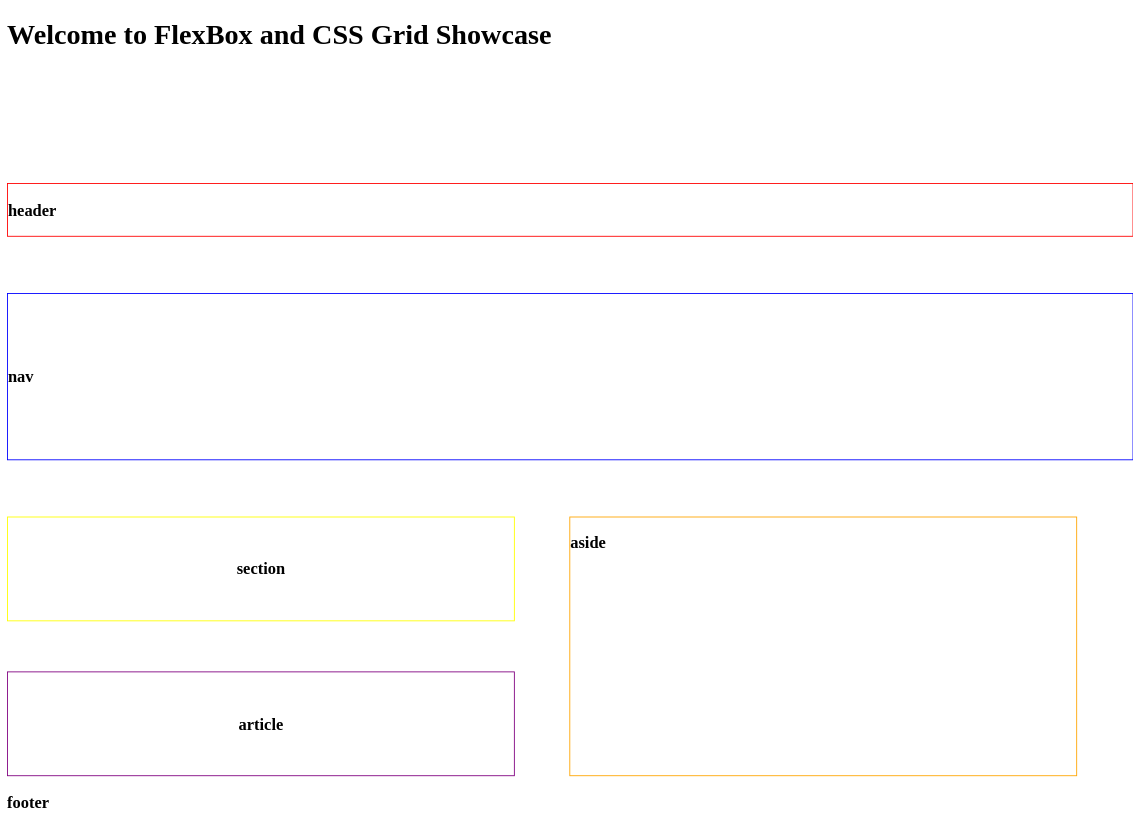
Repository: Awhit-commits/CSS_GRID_AND_FLEXBOX_LESSON
Page: index.html
These files come from the project's save history. The page is drawn as it stood at one moment and after a run of saves; the edit follows.
The browser window is 1280 px wide. The page is 1288 px wide, so the pictures cover 1288 px, including what lies to the right of the window. The pictures show the whole page, at 88% of full size.

Above is the page before, as saved 2020-12-21 18:40:11.

After the next 4 saves:
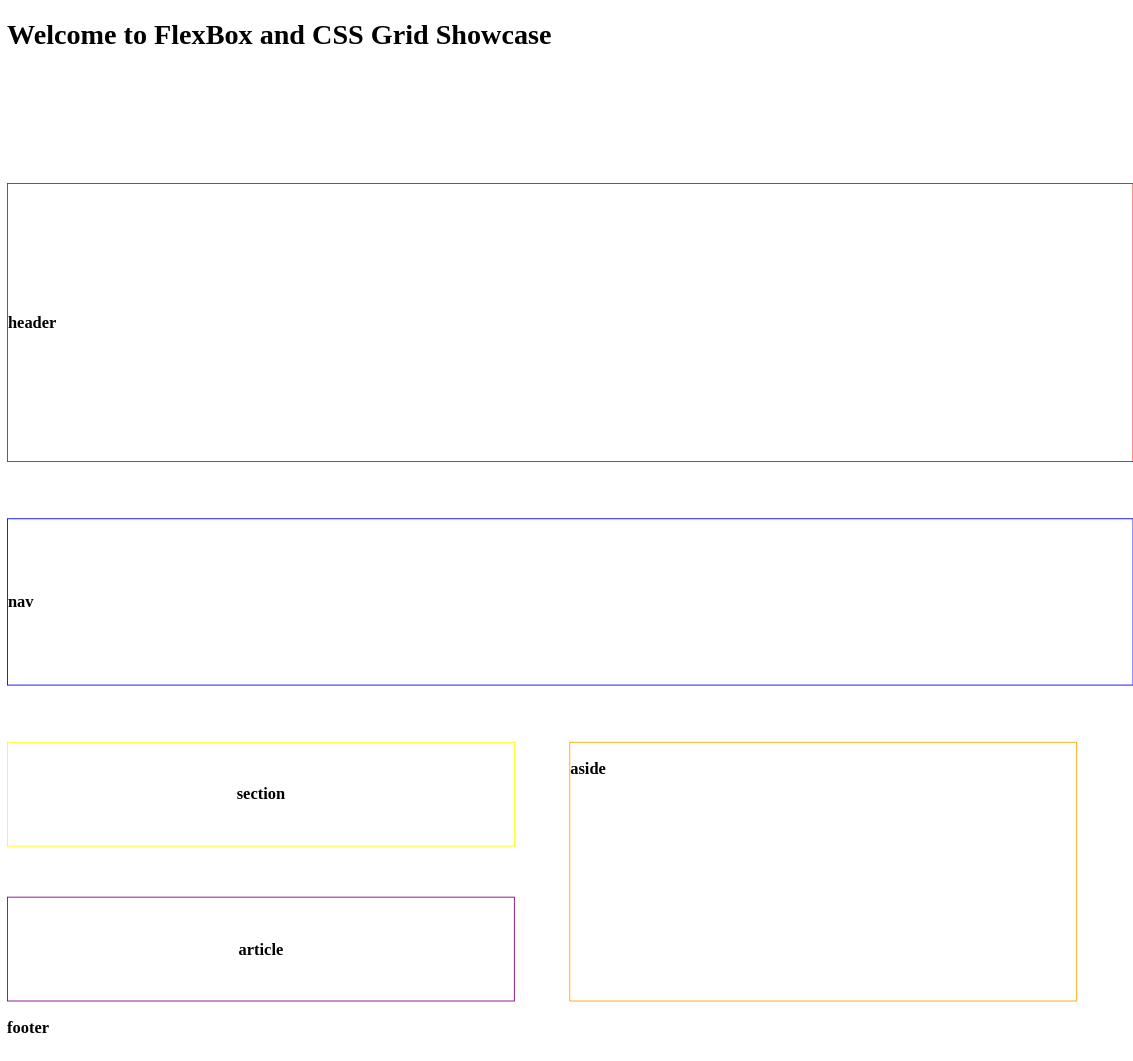
The 4 saves are shown as one change because they came seconds apart.
The last was saved 38 s later.
--- a/style.css
+++ b/style.css
@@ -38,7 +38,7 @@ body{
 }
 .header{
     /* flex: 1 1 auto; */
-    /* padding: 10%; */
+    padding: 10% 0 ;
     margin-top: 10%;
     border: 1px solid red;
     /* width: 100%; */
